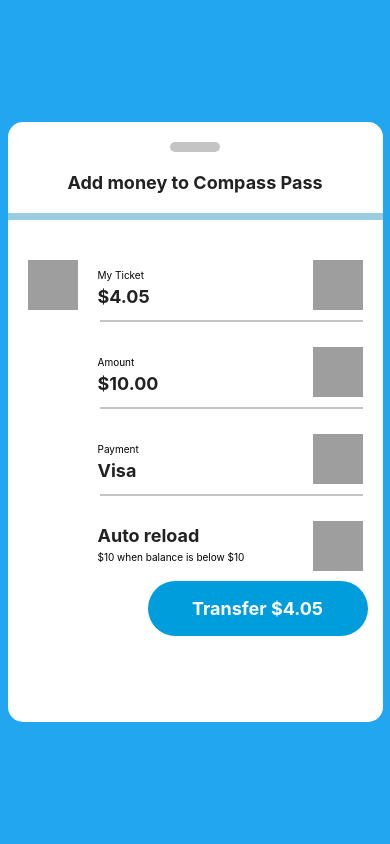
Repository: wilyyy/CompassPlus
Page: /
These files come from the project's save history. The page is drawn as it stood at one moment and after the next save; the edit follows.
The browser window is 390 px wide. The pictures show the whole page.
Pictures or frames that could not be fetched are drawn as grey boxes. The app was drawn by React Native's web renderer in a window 390 px wide. The project was rebuilt for these pictures with package versions that can differ from the ones it lists, and the page was loaded fresh each time. Also part of the build but not shown: constants/styles.js, comps/CompassCardParent/cardManager.js, comps/CompassCardParent/transferFunds.js, comps/LinkCompassCard/index.js, comps/RideCardCont/index.js, storybook/stories/CenterView/style.js, comps/SignUpTransitCard/index.js.

Above is the page before, as saved 2021-10-30 19:54:42.

### App.js
import { StatusBar } from 'expo-status-bar';
import React, { useState } from 'react';
import { Button, StyleSheet, Text, View } from 'react-native';

import MobileCard from './comps/CompassCardParent/CardManager';
import AddFundsTab from './comps/CompassCardParent/CardManager/AddFunds';
import TransferBalanceTab from './comps/CompassCardParent/TransferFunds';
import LinkCompassCard from './comps/LinkCompassCard';
import RideCard from './comps/RideCardCont';
import SignUpTransitCard from './comps/SignUpTransitCard';

// export { default } from './storybook';

export default function App() {




  return (
    <View style={styles.container}>
      {/* <LinkCompassCard />
      <RideCard />
      <SignUpTransitCard /> */}

      {/* <MobileCard /> */}
      {/* <TransferBalanceTab /> */}
      <AddFundsTab />
      <StatusBar style="auto" />
    </View>
  );
}

const styles = StyleSheet.create({
  container: {
    flex: 1,
    backgroundColor: '#23A6F0',
    alignItems: 'center',
    justifyContent: 'center',
  },
});

### comps/CompassCardParent/CardManager/AddFunds/index.js
import React, { useState } from 'react';
import { Button, Image, StyleSheet, Switch, Text, TouchableOpacity, View } from 'react-native';
import styled from 'styled-components/native';

const Container = styled.View`
    width: 375px;
    height: 600px;
    background-color: #fff;
    border-radius: 15px;

`;

const Notch = styled.View`
    width: 50px;
    height: 10px;
    background-color: #C4C4C4;
    margin: 20px 0px 0px;
    align-self: center;
    border-radius: 50px;
`;

const Title = styled.Text`
    font-size: 18px;
    color: #222222;
    align-self: center;
    margin: 20px 0px;
    font-weight: 700;
`;

const Divider = styled.View`
    width:100%;
    height:7px;
    background-color: #9BCCE0;
    margin: 0px 0px 30px 0px;
`;

const SettingCont = styled.View`
    flex-direction: row;
    justify-content: space-between;
    align-items: center;
    width:100%;
    /* border-width: 2px;
    border-color: red; */
    padding: 5px 15px;

`;

const SettingsContLeft = styled.View`
    flex-direction: row;
    justify-content: space-between;
    align-items: center;

    /* border-width: 2px;
    border-color: blue; */
`;

const SmallCardIcon = styled.Image`
    width:50px;
    height:50px;
    margin: 5px;
`;

const TextColumn = styled.View`
    width: 200px;
    margin-left:15px;
    /* border-color: red;
    border-width: 2px; */
`;

const SmallTitle = styled.Text`
    font-size: 10px;
    margin: 5px 0px;
`;

const Amount = styled.Text`
    font-size: 18px;
    color: #222222;
    align-self: flex-start;
    font-weight: 700;
`;

const Arrow = styled.Image`
    width:50px;
    height:50px;
    margin: 5px;
    align-self: flex-end;
    /* border-color: red;
    border-width: 2px; */
`;

const Line = styled.View`
    width:70%;
    height:2px;
    background-color: #c4c4c4;
    margin: 0px 20px 15px 50px;
    align-self: flex-end;
`;

const ButtonText = styled.Text`
    font-size: 18px;
    color: #fff;
    align-self: center;
    font-weight: 700;
`;





export default function AddFundsTab({
    FromCardBalance = "$4.05",
    ToCardBalance = "$0.00",
    cardType = 'Pass',
    loadAmount = '$10.00',
    paymentType = 'Visa'
}) {

    return (
        <Container>
            <Notch />
            <Title>Add money to Compass {cardType}</Title>
            <Divider />

            {/* TO this ticket: */}

            <SettingCont>
                <SettingsContLeft>
                    <SmallCardIcon
                        source={{ uri: 'https://reactnative.dev/img/tiny_logo.png', }}
                    />
                    <TextColumn>
                        <SmallTitle>My Ticket</SmallTitle>
                        <Amount>{FromCardBalance}</Amount>
                    </TextColumn>
                </SettingsContLeft>
                <Arrow
                    source={{ uri: 'https://reactnative.dev/img/tiny_logo.png', }}
                />
            </SettingCont>

            <Line />

            {/* AMOUNT */}

            <SettingCont>
                <SettingsContLeft>
                    <SmallCardIcon
                        source={{ uri: '#', }}
                    />
                    <TextColumn>
                        <SmallTitle>Amount</SmallTitle>
                        <Amount>{loadAmount}</Amount>
                    </TextColumn>
                </SettingsContLeft>
                <Arrow
                    source={{ uri: 'https://reactnative.dev/img/tiny_logo.png', }}
                />

            </SettingCont>
            <Line />

            {/* PAYMENT */}

            <SettingCont>
                <SettingsContLeft>
                    <SmallCardIcon
                        source={{ uri: '#', }}
                    />
                    <TextColumn>
                        <SmallTitle>Payment</SmallTitle>
                        <Amount>{paymentType}</Amount>
                    </TextColumn>
                </SettingsContLeft>
                <Arrow
                    source={{ uri: 'https://reactnative.dev/img/tiny_logo.png', }}
                />

            </SettingCont>
            <Line />

            {/* AUTO RELOAD */}

            {/* PAYMENT */}

            <SettingCont>
                <SettingsContLeft>
                    <SmallCardIcon
                        source={{ uri: '#', }}
                    />
                    <TextColumn>
                        <Amount>Auto reload</Amount>
                        <SmallTitle>$10 when balance is below $10</SmallTitle>
                    </TextColumn>
                </SettingsContLeft>
                <Arrow
                    source={{ uri: 'https://reactnative.dev/img/tiny_logo.png', }}
                />

            </SettingCont>

            <TouchableOpacity
                style={styles.TransferButton}
            >
                <ButtonText>Transfer {FromCardBalance}</ButtonText>
            </TouchableOpacity>

        </Container>
    )

};



const styles = StyleSheet.create({
    TransferButton: {
        backgroundColor: '#009DDc',
        color: 'blue',
        width: 220,
        height: 55,
        borderRadius: 50,
        alignSelf: 'flex-end',
        right: 15,
        justifyContent: 'center'
    }
})

After the next save:
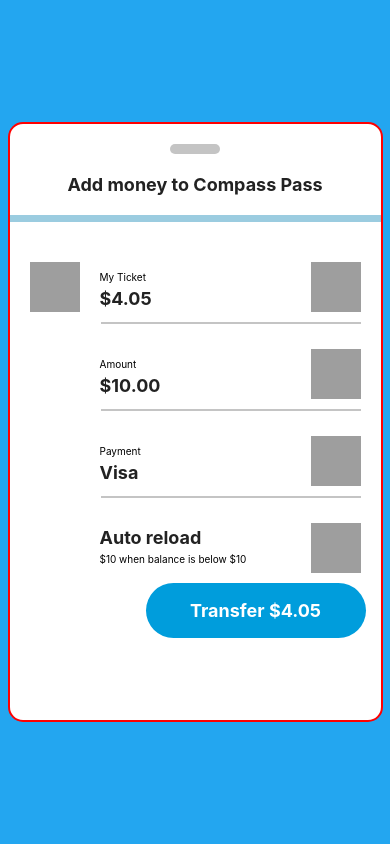
Saved 58 s later.
--- a/comps/CompassCardParent/CardManager/AddFunds/index.js
+++ b/comps/CompassCardParent/CardManager/AddFunds/index.js
@@ -7,6 +7,8 @@
     height: 600px;
     background-color: #fff;
     border-radius: 15px;
+    border-color: red;
+    border-width: 2px;
 
 `;
 
